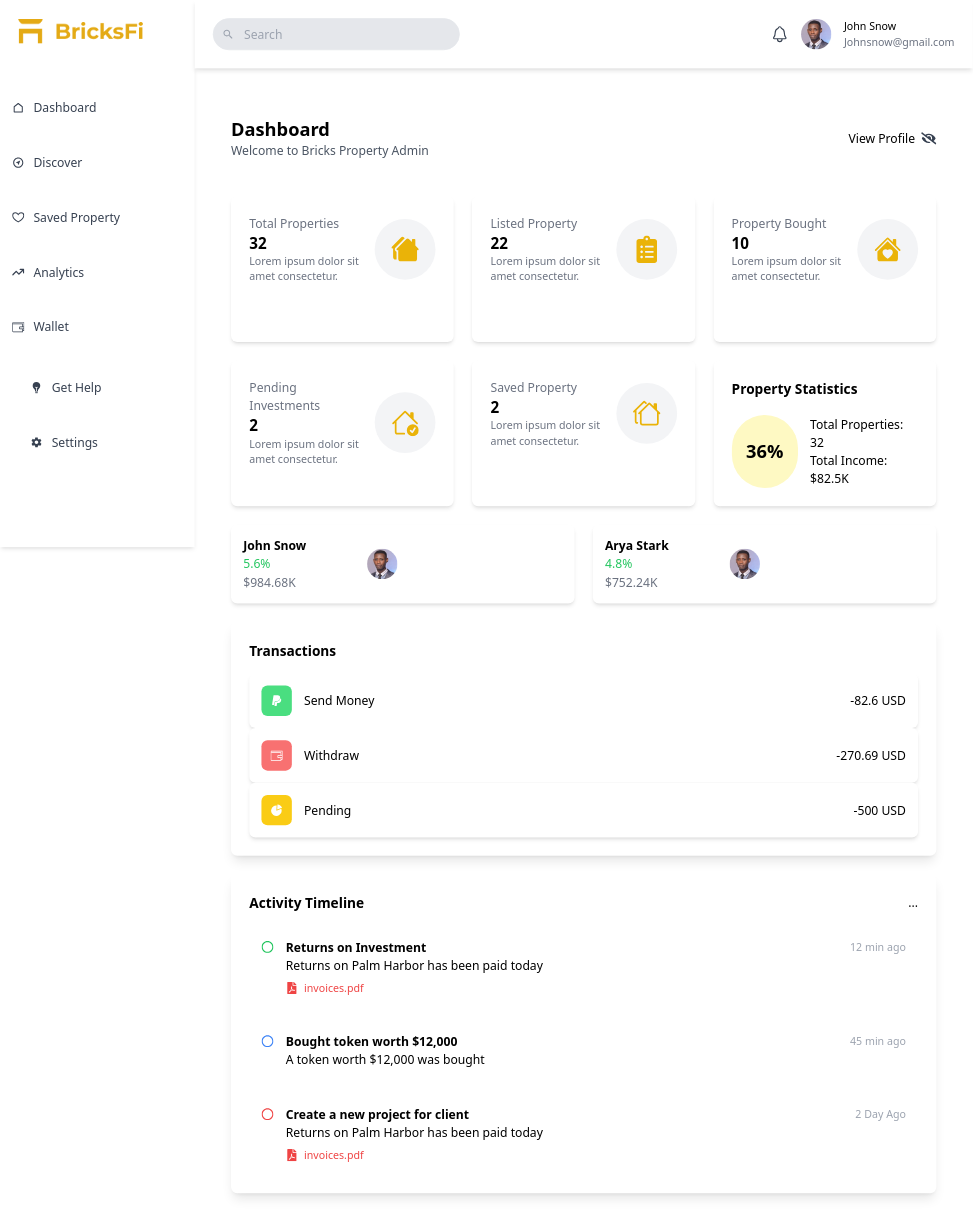
Repository: AyomideAkintade/BricksFi-Frontend
Page: /dashboard (app in client/)
These files come from the project's save history. The page is drawn as it stood at one moment and after the next save; the edit follows.
The browser window is 1280 px wide. The pictures show the whole page, at 76% of full size.
The page's requests for data from a server got no answer. The project was rebuilt for these pictures with package versions that can differ from the ones it lists, and the page was loaded fresh each time. No one was signed in, and anything a server would have sent is missing. Also part of the build but not shown: client/src/components/navbar.jsx, client/src/components/home.jsx, client/src/components/homeSecond.jsx, client/src/components/homeThird.jsx, client/src/components/homeFifth.jsx, client/src/components/homeSixth.jsx, client/src/components/homeSeventh.jsx, client/src/api/base.js and 11 more.

Above is the page before, as saved 2024-10-04 23:02:44.

### client/src/index.css
@import "tailwindcss/base";
@import "tailwindcss/components";
@import "tailwindcss/utilities";


@font-face {
  font-family: Poppins;
  src: url(/src/assets/fonts/Poppins-Regular.ttf) format("truetype"), url(/src/assets/fonts/Poppins-Bold.ttf) format("truetype"), url(/src/assets/fonts/Poppins-Medium.ttf) format("truetype");

}

### client/src/pages/dashboardLayout.jsx
import React from 'react';
import Sidebar from '../components/sidebar';
import Header from '../components/header';
import { Outlet } from 'react-router-dom';

const DashboardLayout = () => {
  return (
    <div className="flex">
      {/* Sidebar */}
      <Sidebar />

      <div className="flex-1 ml-64">
        {/* Header */}
        <Header />

        <div className="p-6 pt-10">
          {/* Outlet will render the child routes here */}
          <Outlet />
        </div>
      </div>
    </div>
  );
};

export default DashboardLayout;

### client/src/pages/dashboard.jsx
import React from 'react';
import DashboardStats from '../components/statCard';
import TopInvestors from '../components/investorCard';
import Transactions from '../components/transaction';
import ActivityTimeline from '../components/activity';
import { FaEyeSlash } from 'react-icons/fa'; // Make sure to import the icon

const Dashboard = () => {
  return (
    <div className="flex flex-col">
      <div className="flex justify-between p-6">
        <div>
          <h2 className="text-2xl font-semibold">Dashboard</h2>
          <p className="text-gray-600">Welcome to Bricks Property Admin</p>
        </div>
        <div className="flex items-center space-x-2">
          <span>View Profile</span>
          <FaEyeSlash className="text-gray-700 text-xl" />
        </div>
      </div>
      <div className="p-6">
        {/* Dashboard Stats */}
        <DashboardStats />

        {/* Top Investors and Property Stats */}
        <div className=" mt-6">
          <TopInvestors />

        </div>

        {/* Transactions Section */}
        <div className="mt-6">
          <Transactions />
        </div>

        {/* Activity Timeline */}
        <div className="mt-6">
          <ActivityTimeline />
        </div>
      </div>
    </div>
  );
};

export default Dashboard;

### client/src/utils/storage/cookies.js

// eslint-disable-next-line no-unused-vars
class BrCookies {

    constructor(document) {
        this.document = document || (typeof document !== "undefined" ? document : null);
    }

    /**
     *
     * @param {Array<CookieData>} dataList
     */

    saveCookies(dataList){

        if (!Array.isArray(dataList)) {
            throw new Error("Data list must be an array.");
        }

        for (const data of dataList) {
            if (!(data instanceof CookieData)) {
                throw new Error("Invalid cookie data format.");
            }

            // save each cookie
            let cookieValue = `${data.name}=${data.value}; expires=${data.expiryDate.toUTCString()}; path=/`;

            // Set SameSite=None if running on localhost
            if (window.location.hostname !== 'localhost') {

                cookieValue += '; SameSite=Strict; Secure'
            }

            this.document.cookie = cookieValue;
        }
    }

    async getCookie(name) {
        return new Promise((resolve, reject) => {
          const cookies = this.document.cookie.split('; ');
          for (const cookie of cookies) {
            const [cookieName, cookieValue] = cookie.split('=');
            if (cookieName === name) {
              resolve(cookieValue);
              return;
            }
          }
          reject(new Error(`Cookie with name ${name} not found.`));
        });
    }

    removeCookie(name) {
        this.document.cookie = name + "=;Path=/;expires=Thu, 01 Jan 1970 00:00:00 GMT";
    }

    removeAllCookies() {
        const cookies = this.document.cookie.split(";");
        for (var i = 0; i < cookies.length; i++) {
            const cookie = cookies[i];
            const eqPos = cookie.indexOf("=");
            const name = eqPos > -1 ? cookie.substr(0, eqPos) : cookie;
            document.cookie = name + "=;Path=/;expires=Thu, 01 Jan 1970 00:00:00 GMT";
        }
    }
}


class CookieData {
    constructor(name, value, expiryDate) {

        if (typeof name !== "string" || typeof value !== "string" || !(expiryDate instanceof Date) || name.length === 0) {
            throw new Error("Invalid CookieData format.");
        }

        this.name = name;
        this.value = value;
        this.expiryDate = expiryDate;
    }
}

function createCookieDate(timeInSec) {

    const timeInDays = timeInSec / (3600 * 24);

    const currentDate = new Date();

    const futureDate = new Date();
    futureDate.setDate(currentDate.getDate() + timeInDays);


    return futureDate
}


export { BrCookies, CookieData, createCookieDate };

### client/src/components/sidebar.jsx
import React from 'react';
import { Link } from 'react-router-dom';
import { RiHomeLine } from "react-icons/ri";
import { RiCompassDiscoverLine } from "react-icons/ri";
import { GrFavorite } from "react-icons/gr";
import { FaArrowTrendUp } from "react-icons/fa6";
import { TfiWallet } from "react-icons/tfi";
import { IoBulbSharp } from "react-icons/io5";
import { IoMdSettings } from "react-icons/io";
import BricksFi from "../assets/bricksfi.png"

const Sidebar = () => {
  return (
    <aside className="bg-white h-screen w-64 fixed left-0 top-0 shadow-md">
      <div className="p-6 text-yellow-500 text-2xl font-bold">
        <img
        src={BricksFi}
        alt='BricksFi'
        />
      </div>
      <nav className="mt-8">
        <ul className="space-y-4">
          <li className="p-4 hover:bg-yellow-100">
            <Link to="/dashboard" className="flex items-center text-gray-700">
              <RiHomeLine className="mr-3" /> Dashboard
            </Link>
          </li>
          <li className="p-4 hover:bg-yellow-100">
            <Link to="/dashboard/discover" className="flex items-center text-gray-700">
              <RiCompassDiscoverLine className="mr-3" /> Discover
            </Link>
          </li>
          <li className="p-4 hover:bg-yellow-100">
            <Link to="/dashboard/saved-property" className="flex items-center text-gray-700">
              <GrFavorite className="mr-3" /> Saved Property
            </Link>
          </li>
          <li className="p-4 hover:bg-yellow-100">
            <Link to="/dashboard/analytics" className="flex items-center text-gray-700">
              <FaArrowTrendUp className="mr-3" /> Analytics
            </Link>
          </li>
          <li className="p-4 hover:bg-yellow-100">
            <Link to="/dashboard/wallet" className="flex items-center text-gray-700">
              <TfiWallet className="mr-3" /> Wallet
            </Link>
          </li>
        </ul>
      </nav>
      <div className="mt-auto p-6">
        <ul className="space-y-4">
          <li className="p-4 hover:bg-yellow-100">
            <Link to="/" className="flex items-center text-gray-700">
              <IoBulbSharp className="mr-3" /> Get Help
            </Link>
          </li>
          <li className="p-4 hover:bg-yellow-100">
            <Link to="/" className="flex items-center text-gray-700">
              <IoMdSettings className="mr-3" /> Settings
            </Link>
          </li>
        </ul>
      </div>
    </aside>
  );
};

export default Sidebar;

### client/src/components/header.jsx
import React from 'react';
import COCO from "../assets/clem.jpeg"
import { IoMdSearch } from "react-icons/io";
import { IoNotificationsOutline } from "react-icons/io5";

const Header = () => {
  return (
    <div className="w-full flex justify-between items-center p-6 bg-white shadow-md sticky top-0 z-50">
      <div className="relative w-1/3">
        <input
          type="text"
          placeholder="Search"
          className="p-2 pl-10 w-full border rounded-full bg-gray-200 text-black focus:outline-none"
        />
        <IoMdSearch className="absolute left-3 top-1/2 transform -translate-y-1/2 text-gray-400" />
      </div>
      <div className="flex items-center space-x-4">
        <IoNotificationsOutline className="text-gray-700 text-2xl" />
        <img
          src={COCO}
          alt="profile"
          className="rounded-full h-10 w-10"
        />
        <div className="">
          <span className="block text-sm font-medium">John Snow</span>
          <span className="block text-sm text-gray-500">Johnsnow@gmail.com</span>
        </div>
      </div>
    </div>
  );
};

export default Header;

### client/src/components/statCard.jsx
import { BsFillHousesFill, BsHouseCheck, BsFillHouseHeartFill, BsHouses } from "react-icons/bs";
import { FaClipboardList } from "react-icons/fa";
import PropertyStatistics from '../components/propertyStatistic';


const StatCard = ({ title, value, icon, paragraph }) => {
    return (
        <div className="bg-white shadow-md rounded-lg p-6 h-48 flex flex-col justify-between">
            <div className="flex items-center space-x-4">
                <div className="flex-1">
                    <h3 className="text-gray-500">{title}</h3>
                    <h2 className="text-xl font-semibold">{value}</h2>
                    <p className="text-md text-gray-500 text-sm">{paragraph}</p>
                </div>
                <div className="flex items-center justify-center w-20 h-20 bg-gray-100 rounded-full text-yellow-500 text-4xl">
                    {icon}
                </div>
            </div>
        </div>
    );
};


const DashboardStats = () => {
    return (
        <div className="grid grid-cols-1 md:grid-cols-3 gap-6">
            <StatCard
                title="Total Properties"
                value="32"
                paragraph="Lorem ipsum dolor sit amet consectetur."
                icon={<BsFillHousesFill />}
            />
            <StatCard
                title="Listed Property"
                value="22"
                paragraph="Lorem ipsum dolor sit amet consectetur."
                icon={<FaClipboardList />}
            />
            <StatCard
                title="Property Bought"
                value="10"
                paragraph="Lorem ipsum dolor sit amet consectetur."
                icon={<BsFillHouseHeartFill />}
            />
            <StatCard
                title="Pending Investments"
                value="2"
                paragraph="Lorem ipsum dolor sit amet consectetur."
                icon={<BsHouseCheck />}
            />
             <StatCard
                title="Saved Property"
                value="2"
                paragraph="Lorem ipsum dolor sit amet consectetur."
                icon={<BsHouses />}
            />


                <PropertyStatistics />

        </div>
    );
};

export default DashboardStats;

### client/src/components/investorCard.jsx
import Clem from "../assets/clem.jpeg";


const InvestorCard = ({ name, investment, profit }) => {
    return (
      <div className="flex items-center p-4 bg-white shadow-md rounded-lg">

        <div>
          <h3 className="font-semibold">{name}</h3>
          <p className="text-green-500"> {profit}</p>
          <p className="text-gray-500"> {investment}</p>
        </div>

        <img
          src={Clem}
          alt={name}
          className="rounded-full h-10 w-10 ml-20"
        />
      </div>
    );
  };

  const TopInvestors = () => {
    return (
      <>
        {/* <h2 className="text-lg font-semibold mb-4">Top Investors</h2> */}
        <div className="grid grid-cols-1 md:grid-cols-2 gap-6">
          <InvestorCard name="John Snow" investment="$984.68K" profit="5.6%" />
          <InvestorCard name="Arya Stark" investment="$752.24K" profit="4.8%" />
        </div>
      </>
    );
  };

  export default TopInvestors;

### client/src/components/transaction.jsx
import { FaPaypal } from "react-icons/fa6";
import { TfiWallet } from "react-icons/tfi";
import { GiPieChart } from "react-icons/gi";

const TransactionItem = ({ icon, description, amount, bgColor }) => {
    return (
        <div className="flex justify-between items-center p-4 bg-white shadow-md rounded-lg">
            {/* Icon and Description in a row */}
            <div className="flex items-center space-x-4">
                {/* Icon with dynamic background and rounded shape */}
                <div className={`p-3 ${bgColor} rounded-lg text-white`}>
                    {icon}
                </div>
                <span>{description}</span>
            </div>

            {/* Amount */}
            <div>
                <span>{amount}</span>
            </div>
        </div>
    );
};

const Transactions = () => {
    return (
        <div className="bg-white p-6 shadow-lg rounded-lg">
            <h2 className="text-lg font-semibold mb-4">Transactions</h2>
            {/* Different background colors for each transaction */}
            <TransactionItem
                icon={<FaPaypal />}
                description="Send Money"
                amount="-82.6 USD"
                bgColor="bg-green-400"  // Green background
            />
            <TransactionItem
                icon={<TfiWallet />}
                description="Withdraw"
                amount="-270.69 USD"
                bgColor="bg-red-400"    // Red background
            />
            <TransactionItem
                icon={<GiPieChart />}
                description="Pending"
                amount="-500 USD"
                bgColor="bg-yellow-400" // Yellow background
            />
        </div>
    );
};

export default Transactions;

### client/src/components/activity.jsx
import React from 'react';
import { FaRegCircle, FaFilePdf } from 'react-icons/fa'; // Import necessary icons

const ActivityItem = ({ title, description, time, file, color }) => {
    return (
        <div className="flex items-start space-x-4 p-4">
            <div className="mt-1">
                {/* The color prop determines the icon color */}
                <FaRegCircle className={`${color}`} />
            </div>
            <div className="flex-1">
                <div className="flex justify-between items-center">
                    <h4 className="font-semibold">{title}</h4>
                    <span className="text-gray-400 text-sm">{time}</span>
                </div>
                <p>{description}</p>
                {file && (
                    <div className="flex items-center mt-2 text-red-500">
                        <FaFilePdf />
                        <span className="ml-2 text-sm">{file}</span>
                    </div>
                )}
            </div>
        </div>
    );
};

const ActivityTimeline = () => {
    return (
        <div className="bg-white p-6 shadow-lg rounded-lg">
            <div className="flex justify-between items-center mb-4">
                <h2 className="text-lg font-semibold">Activity Timeline</h2>
                <div>...</div>
            </div>
            <div className="space-y-4">
                <ActivityItem
                    title="Returns on Investment"
                    description="Returns on Palm Harbor has been paid today"
                    time="12 min ago"
                    file="invoices.pdf"
                    // Blue icon
                    color="text-green-500"
                />
                <ActivityItem
                    title="Bought token worth $12,000"
                    description="A token worth $12,000 was bought"
                    time="45 min ago"
                    color="text-blue-500" // Green icon
                />
                <ActivityItem
                    title="Create a new project for client"
                    description="Returns on Palm Harbor has been paid today"
                    time="2 Day Ago"
                    file="invoices.pdf"
                    color="text-red-500" // Red icon
                />
            </div>
        </div>
    );
};

export default ActivityTimeline;

### client/src/components/propertyStatistic.jsx
import React from 'react';

const PropertyStatistics = () => {
    return (
        <div className="bg-white shadow-md rounded-lg p-6 flex flex-col justify-between">
            <h2 className="text-lg font-semibold mb-4">Property Statistics</h2>
            <div className="flex items-center space-x-4">
                {/* Property Stats Circle Graph */}
                <div className="w-24 h-24 bg-yellow-100 rounded-full flex items-center justify-center">
                    <span className="text-2xl font-bold">36%</span>
                </div>
                <div>
                    <p>Total Properties: 32</p>
                    <p>Total Income: $82.5K</p>
                </div>
            </div>
        </div>
    );
};

export default PropertyStatistics;

### client/tailwind.config.js
/** @type {import('tailwindcss').Config} */
module.exports = {
  content: ["./src/**/*.{html,js,jsx}"],
  theme: {
    extend: {
      fontFamily: {
        Poppins: ['Poppins'],
      }
    },
    screens: {
      sm: '640px',
      // => @media (min-width: 640px) { ... }

      md: '768px',
      // => @media (min-width: 768px) { ... }

      lg: '1024px',
      // => @media (min-width: 1024px) { ... }

      xl: '1280px',
      // => @media (min-width: 1280px) { ... }

      '2xl': '1536px',
      // => @media (min-width: 1536px) { ... }
      'custombp': {'raw': '(min-height: 375px),(min-width:768px)'}
    },
  },
  plugins: [],
}

Loaded but not shown: client/public/index.html (common file); client/src/index.js (common file); client/src/reportWebVitals.js (common file); client/src/App.js (79 lines, source omitted)

After the next save:
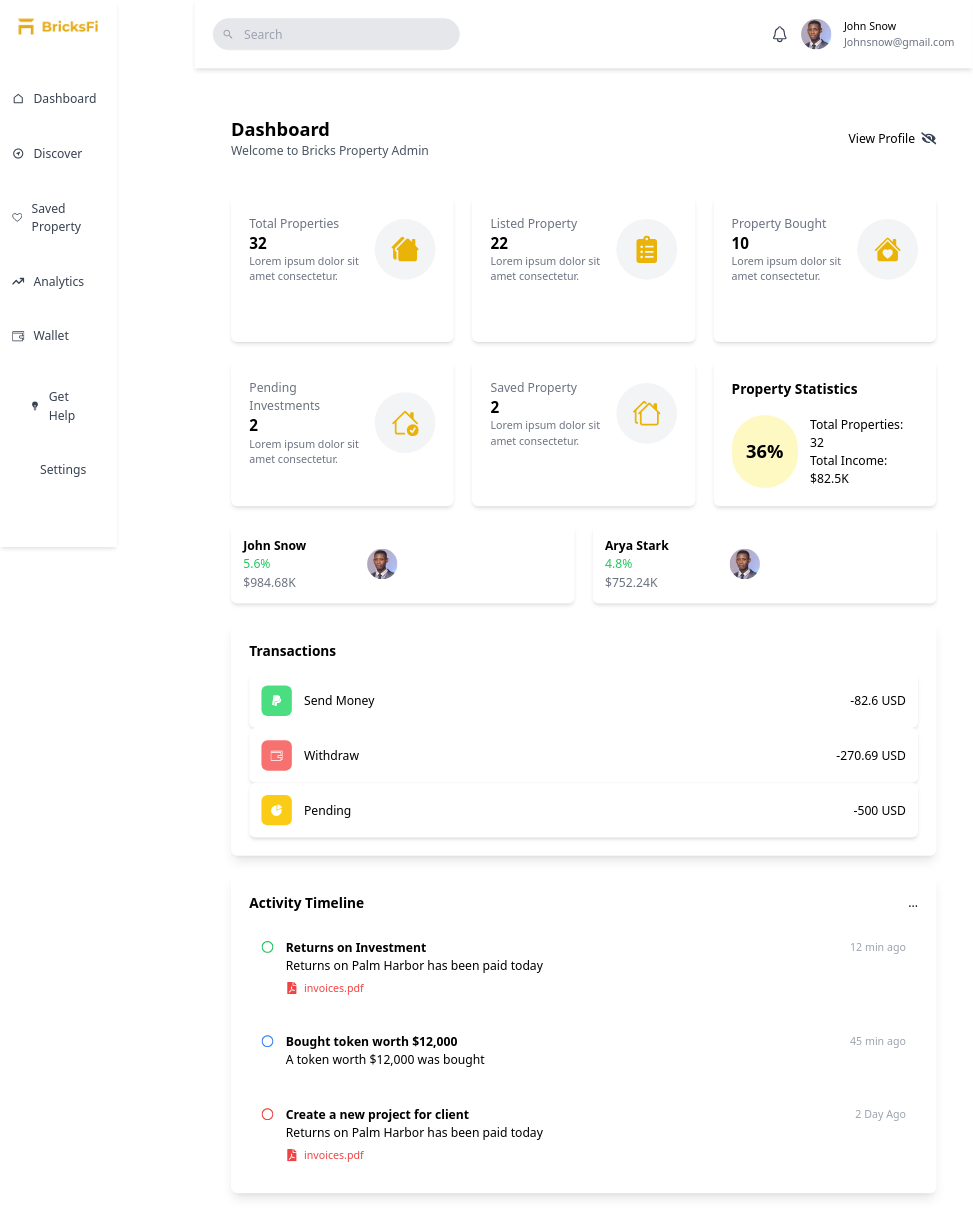
Saved 32 s later.
--- a/client/src/components/sidebar.jsx
+++ b/client/src/components/sidebar.jsx
@@ -11,7 +11,7 @@
 
 const Sidebar = () => {
   return (
-    <aside className="bg-white h-screen w-64 fixed left-0 top-0 shadow-md">
+    <aside className="bg-white h-screen w-[12%] fixed left-0 top-0 shadow-md">
       <div className="p-6 text-yellow-500 text-2xl font-bold">
         <img
         src={BricksFi}

After the save that followed:
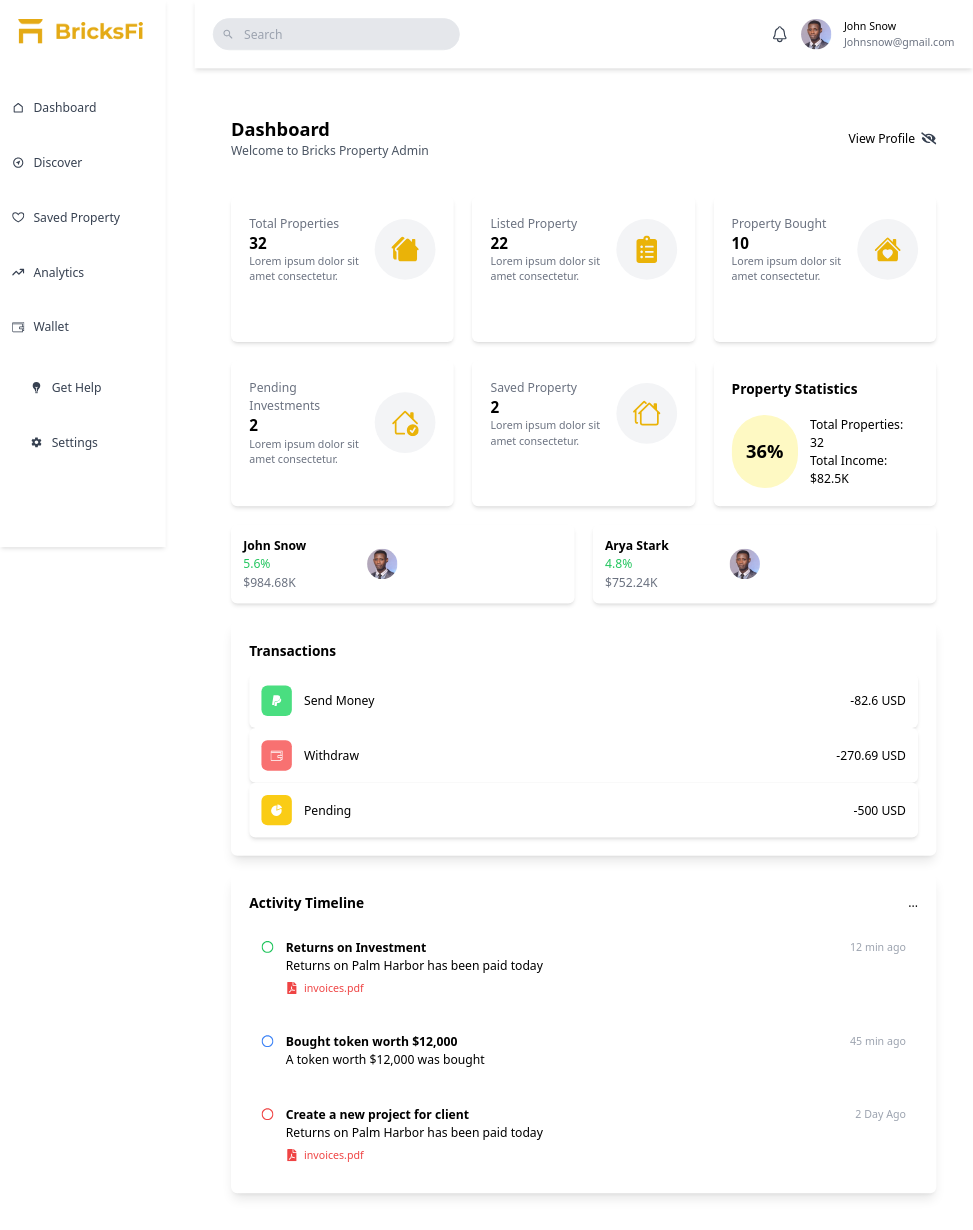
Saved 4 s later.
--- a/client/src/components/sidebar.jsx
+++ b/client/src/components/sidebar.jsx
@@ -11,7 +11,7 @@
 
 const Sidebar = () => {
   return (
-    <aside className="bg-white h-screen w-[12%] fixed left-0 top-0 shadow-md">
+    <aside className="bg-white h-screen w-[17%] fixed left-0 top-0 shadow-md">
       <div className="p-6 text-yellow-500 text-2xl font-bold">
         <img
         src={BricksFi}
